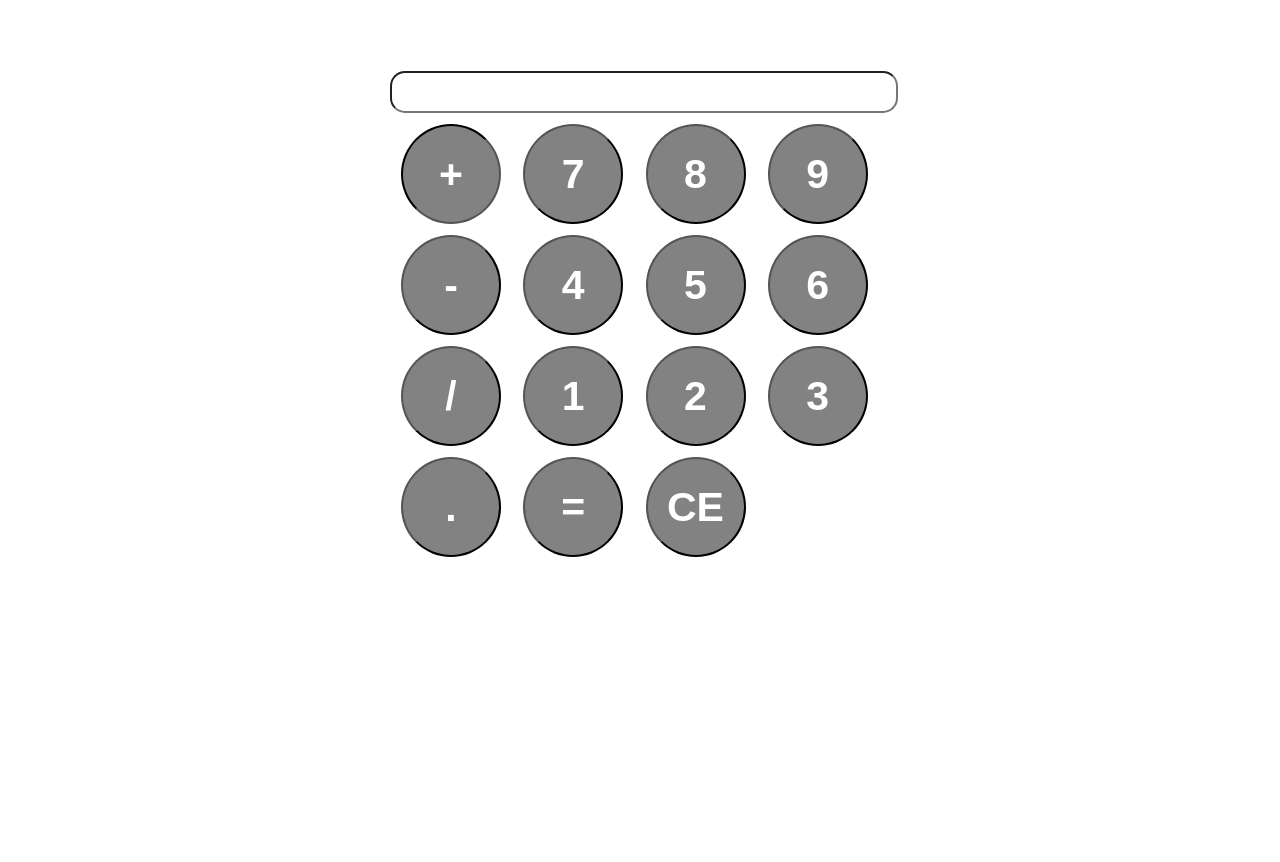
Repository: rkrukshan/JS-Calculator
Page: index.html
The author's editor kept a copy of each file at every save. The page is drawn from the files as they stood at one save, then again after the next save.
The browser window is 1280 px wide. The pictures show the whole page.
The first visible `button` is being pressed.

Above is the page before, as saved 2024-09-02 13:36:22.

### index.html
<!DOCTYPE html>
<html lang="en">

<head>
    <meta charset="UTF-8">
    <meta name="viewport" content="width=device-width, initial-scale=1.0">
    <title>Document</title>
    <link rel="stylesheet" href="style.css">
</head>

<body>
    <div id="calculator">
        <input id="screen" readonly>
        <div id="buttons">

            <button onclick="appendScreen('+')">+</button>
            <button onclick="appendScreen('7')">7</button>
            <button onclick="appendScreen('8')">8</button>
            <button onclick="appendScreen('9')">9</button>
            <button onclick="appendScreen('-')">-</button>
            <button onclick="appendScreen('4')">4</button>
            <button onclick="appendScreen('5')">5</button>
            <button onclick="appendScreen('6')">6</button>
            <button onclick="appendScreen('/')">/</button>
            <button onclick="appendScreen('1')">1</button>
            <button onclick="appendScreen('2')">2</button>
            <button onclick="appendScreen('3')">3</button>
            <button onclick="appendScreen('.')">.</button>
            <button onclick="appendScreen('=')">=</button>
            <button onclick="appendScreen('CE')">CE</button>

        </div>
    </div>
</body>

</html>

### style.css
#calculator {
  display: flexbox;
  align-items: center;
  height: 100vh;
  justify-content: center;
  border: none;
  max-width: 500px;
  margin: auto;
  padding: 5% 0;
}
#screen {
  width: 100%;
  height: 5%;
  color: white;
  border-radius: 15px;
}
#buttons {
  display: grid;
  grid-template-columns: repeat(4, 1fr);
  gap: 11px;
  padding: 11px;
}
button {
  width: 100px;
  height: 100px;
  border-radius: 50px;
  color: white;
  background-color: hsl(0, 0%, 51%);
  font-size: 41px;
  font-weight: bold;
  cursor: pointer;
}
button:active{
    background-color:hsl(0, 0, 90%)
}

After the next save:
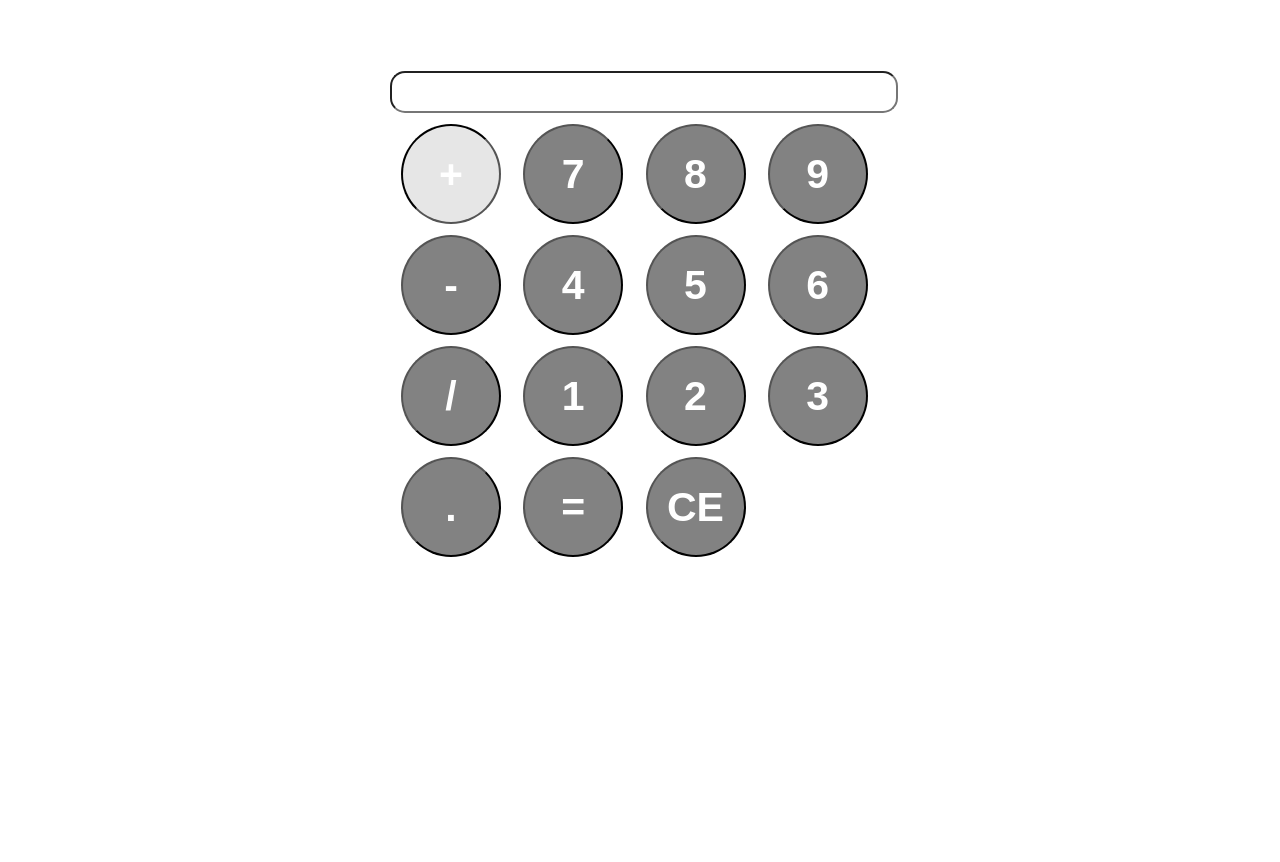
Saved 5 s later.
--- a/style.css
+++ b/style.css
@@ -31,5 +31,5 @@ button {
   cursor: pointer;
 }
 button:active{
-    background-color:hsl(0, 0, 90%)
+    background-color:hsl(0, 0%, 90%)
 }
